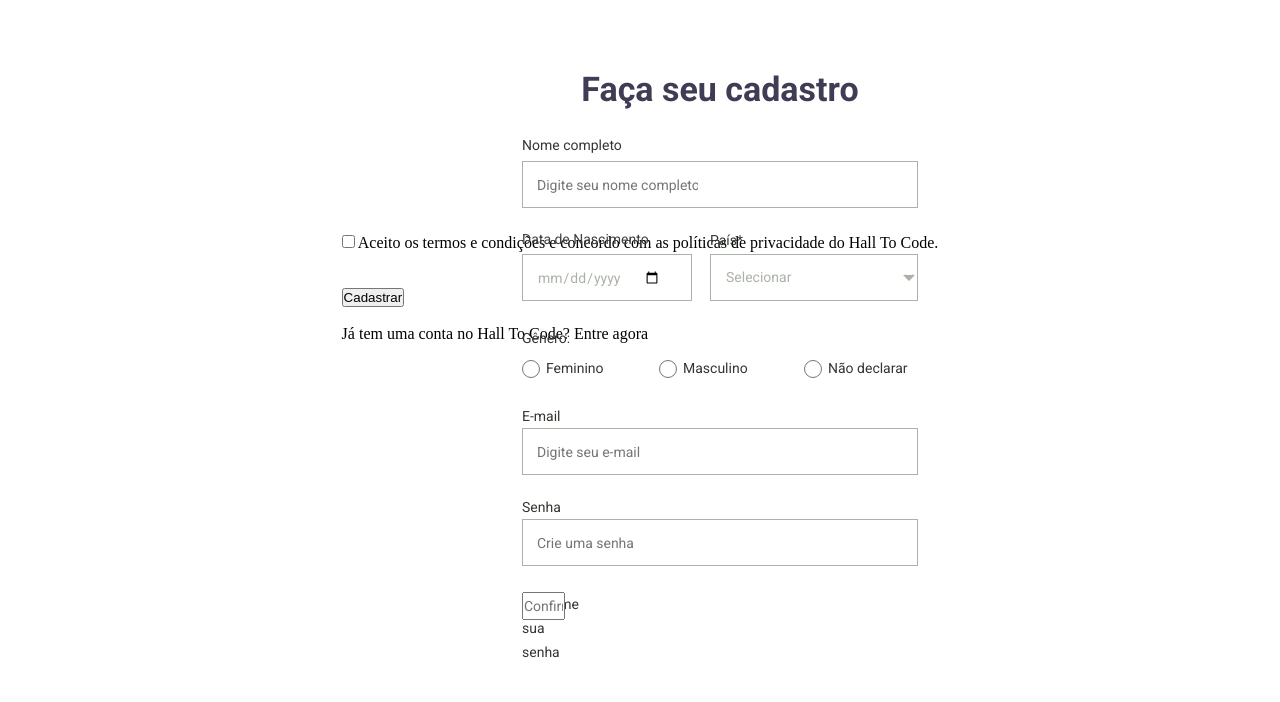
Repository: RenatoCCS/formularios
Page: cadastro.html
An editor plug-in stored every save of this project. The page is shown before and after the next save, followed by the edit.
The browser window is 1280 px wide. The pictures show the whole page.

Above is the page before, as saved 2023-03-24 17:22:00.

After the next save:
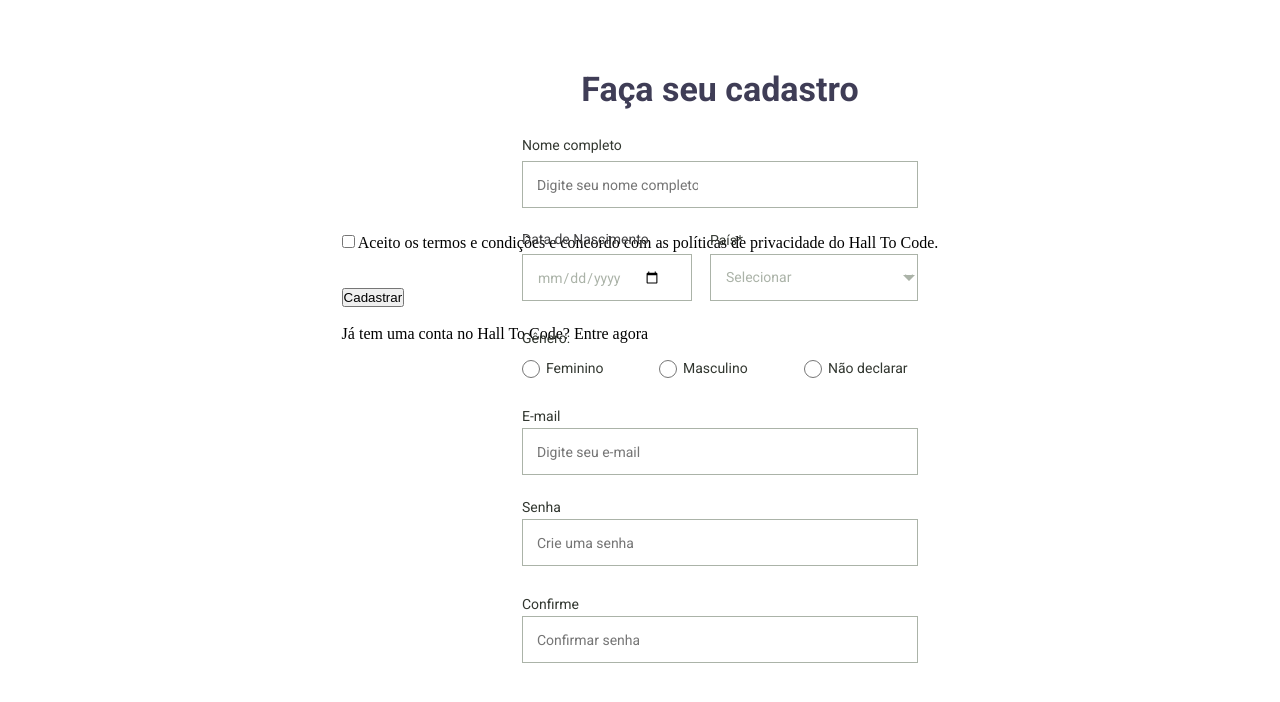
Saved 91 s later.
--- a/cadastro.html
+++ b/cadastro.html
@@ -139,7 +139,7 @@
         >
         <br />
         <input
-          class="confirma__Cadastro__Titulo"
+          class="confirma__Cadastro__Campo"
           id="confirm__Password"
           type="password"
           name="confirmar__Senha"
